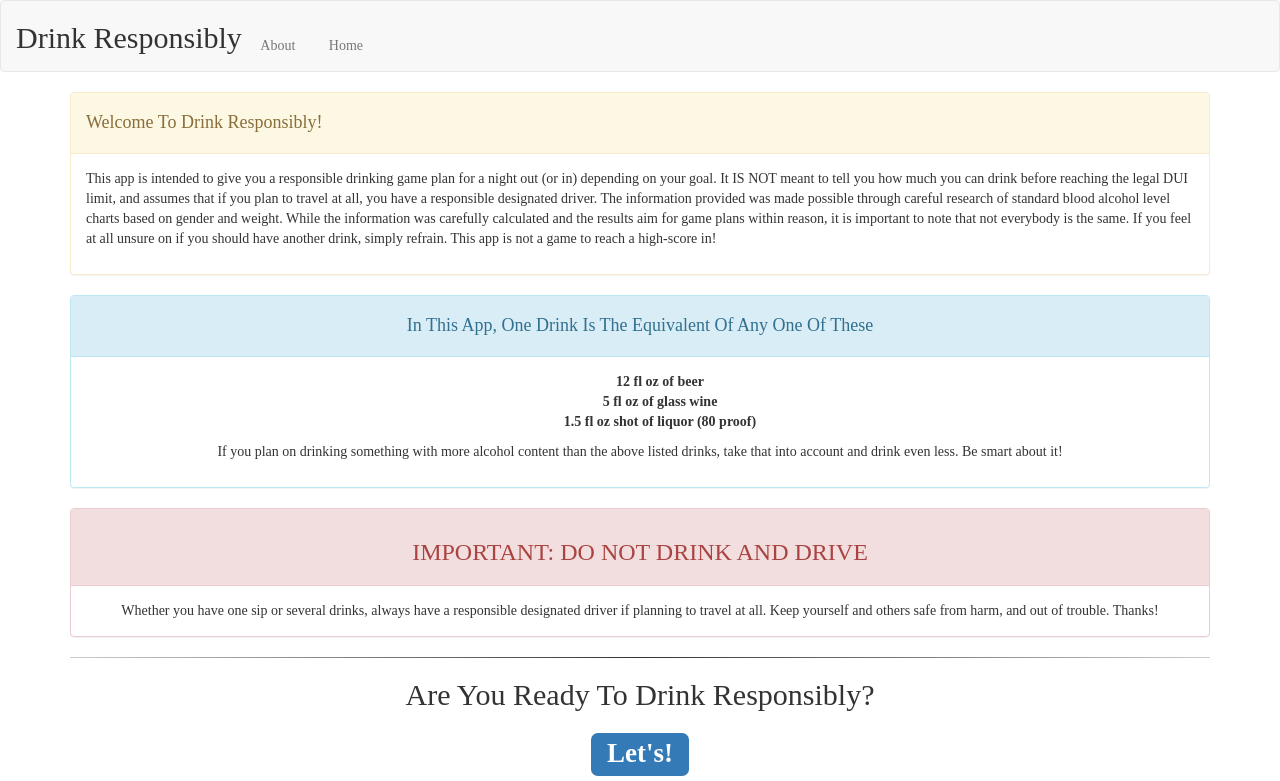
Repository: NatNat180/DrinkResponsibly
Page: http://localhost/DrinkResponsibly/
These files come from the project's save history. The page is drawn as it stood at one moment and after the next save; the edit follows.
The browser window is 1280 px wide. The pictures show the whole page.
Some web fonts or font styles are not loaded; a fallback is used. The page is served by Tomcat 9. Other server files are loaded and not shown.

Above is the page before, as saved 2016-04-14 00:19:45.

### DrinkResponsibly/WebContent/WEB-INF/about.jsp
<%@ page language="java" contentType="text/html; charset=UTF-8"
    pageEncoding="ISO-8859-1"%>
<%@ taglib prefix="c" uri="http://java.sun.com/jsp/jstl/core" %>
<!DOCTYPE html>
<html lang="eng">
<head>
<meta http-equiv="Content-Type" content="text/html; charset=UTF-8">
<link rel="stylesheet" type="text/css" href="bootstrap/css/bootstrap.css"/>
<link rel="stylesheet" type="text/css" href="css/style.css"/>
<title>What Is Drink Responsibly?</title>
</head>
<body>
<c:import url="/WEB-INF/navigation.html"/>
<section class="container">

<div class="panel panel-warning">
<div class="panel-heading">
<h4>Welcome To Drink Responsibly!</h4>
</div>
<div class="panel-body">
	<p>This app is intended to give you a responsible drinking game plan for a night out
	(or in) depending on your goal. It IS NOT meant to tell you how much you can drink before reaching the legal DUI limit,
	and assumes that if you plan to travel at all, you have a responsible designated driver.
	The information provided was made possible through careful research of
	standard blood alcohol level charts based on gender and weight. While the
	information was carefully calculated and the results aim for game plans
	within reason, it is important to note that not everybody is the same.
	If you feel at all unsure on if you should have another drink, simply refrain.
	This app is not a game to reach a high-score in!</p>
</div>
</div>

<div class="center-text">

	<div class="panel panel-info">
	<div class="panel-heading">
	<h4>In This App, One Drink Is The Equivalent Of Any One Of These</h4>
	</div>
	<div class="panel-body">
		<ul style="font-weight: bold;">
			<li>12 fl oz of beer</li>
			<li>5 fl oz of glass wine</li>
			<li>1.5 fl oz shot of liquor (80 proof)</li>
		</ul>
	<p>If you plan on drinking something with more alcohol content than the above
	listed drinks, take that into account and drink even less. Be smart about it!</p>
	</div>
	</div>

	<div class="panel panel-danger">
	<div class="panel-heading"><h3>IMPORTANT: DO NOT DRINK AND DRIVE</h3></div>
	<div class="panel-body">
	Whether you have one sip or several drinks, always have a responsible designated driver if planning to travel at all.
	Keep yourself and others safe from harm, and out of trouble. Thanks!
	</div>
	</div>

	<hr>

<h2>Are You Ready To Drink Responsibly?</h2>
	<h1><span class="label label-primary"><a href="form">Let's!</a></span></h1>

</div><!-- end text center -->

</section>
</body>
</html>

### DrinkResponsibly/WebContent/WEB-INF/navigation.html
<nav class="navbar navbar-default" role="navigation">
	<div class="container-fluid">
		<div class="navbar-header">
		  <h1 class="nav-title" style="font-size: 30px;">Drink Responsibly</h1>
		</div>
		<ul class="nav navbar-nav navbar-left">
			<li id="right"><a href="">&nbsp;About</a>
			<li id="right"><a href="form">&nbsp;Home</a>
		</ul>
	</div>
</nav>

### DrinkResponsibly/src/com/application/Home.java
package com.application;

import java.io.IOException;
import javax.servlet.ServletException;
import javax.servlet.annotation.WebServlet;
import javax.servlet.http.HttpServlet;
import javax.servlet.http.HttpServletRequest;
import javax.servlet.http.HttpServletResponse;

@WebServlet("")
public class Home extends HttpServlet {
	private static final long serialVersionUID = 1L;

    public Home() {
        super();

    }

	protected void doPost(HttpServletRequest request, HttpServletResponse response) throws ServletException, IOException {

		doGet(request, response);
	}

	protected void doGet(HttpServletRequest request, HttpServletResponse response) throws ServletException, IOException {

			request.getServletContext().getRequestDispatcher("/WEB-INF/about.jsp").forward(request, response);

	}

}

### DrinkResponsibly/WebContent/css/style.css
@import url(https://fonts.googleapis.com/css?family=Fjalla+One|Poiret+One|Bitter|Arvo|Amatic+SC:400,700);

/*
font-family: 'Fjalla One', sans-serif;
font-family: 'Poiret One', cursive;
font-family: 'Bitter', serif;
font-family: 'Arvo', serif;
font-family: 'Amatic SC', cursive;
*/

nav a {

	margin-top: 20px;
}

h1 {font-family: 'Poiret One', cursive;}
body {font-family: 'Arvo', serif;}
.center-text {text-align:center;}

ul {
	list-style-type: none;
}

.label a {
	color: white;
}

a:hover{
	text-decoration: none;
	color: #55555;
}

form p {
	margin-top: 5px;
	margin-bottom: 5px;
}

hr {
	border: 0;
	height: 1px;
	background: #333;
	background-image: linear-gradient(to right, #ccc, #333, #ccc);
}

Loaded but not shown: DrinkResponsibly/WebContent/bootstrap/css/bootstrap.css (library)

After the next save:
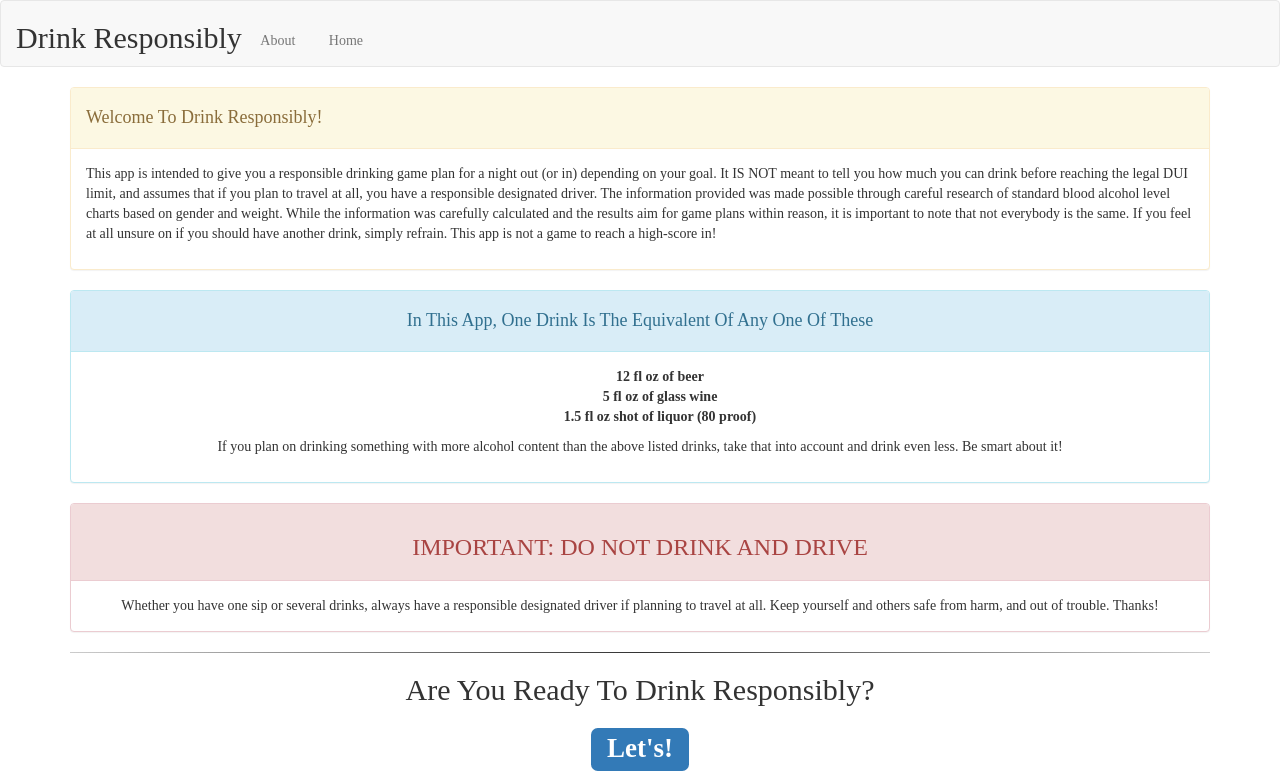
Saved 9 s later.
--- a/DrinkResponsibly/WebContent/css/style.css
+++ b/DrinkResponsibly/WebContent/css/style.css
@@ -10,7 +10,7 @@ font-family: 'Amatic SC', cursive;
 
 nav a {
 
-	margin-top: 20px;
+	margin-top: 15px;
 }
 
 h1 {font-family: 'Poiret One', cursive;}
